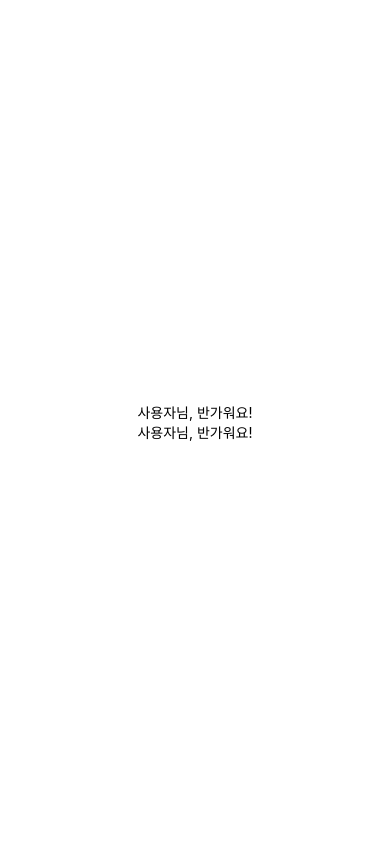
Repository: Sesac-icare/FrontEndiCare
Screen: / (app in iCare/)
An editor plug-in stored every save of this project. The screen is shown before and after the next save, followed by the edit.
The app was drawn by React Native's web renderer in a window 390 px wide. The project was rebuilt for these pictures with package versions that can differ from the ones it lists, and the page was loaded fresh each time. Some packages were replaced by stand-ins written for this rebuild.

Above is the screen before, as saved 2025-02-04 15:40:39.

After the next save:
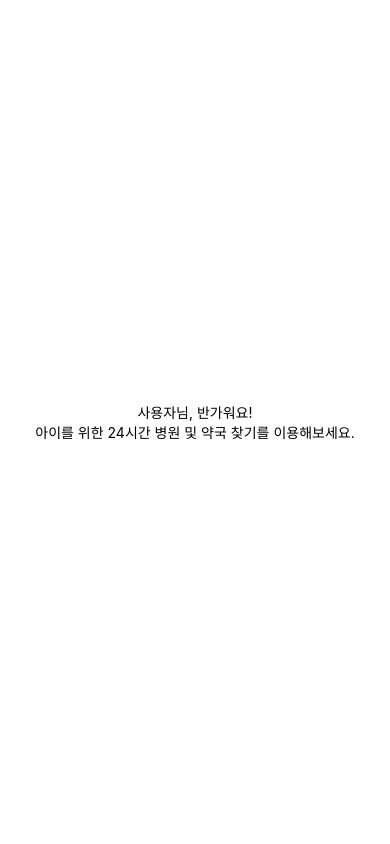
Saved 15 s later.
--- a/iCare/App.js
+++ b/iCare/App.js
@@ -44,7 +44,7 @@ export default function App() {
   return (
     <View style={styles.container}>
       <Text>사용자님, 반가워요!</Text>
-      <Text>사용자님, 반가워요!</Text>
+      <Text>아이를 위한 24시간 병원 및 약국 찾기를 이용해보세요.</Text>
     </View>
   );
 }
